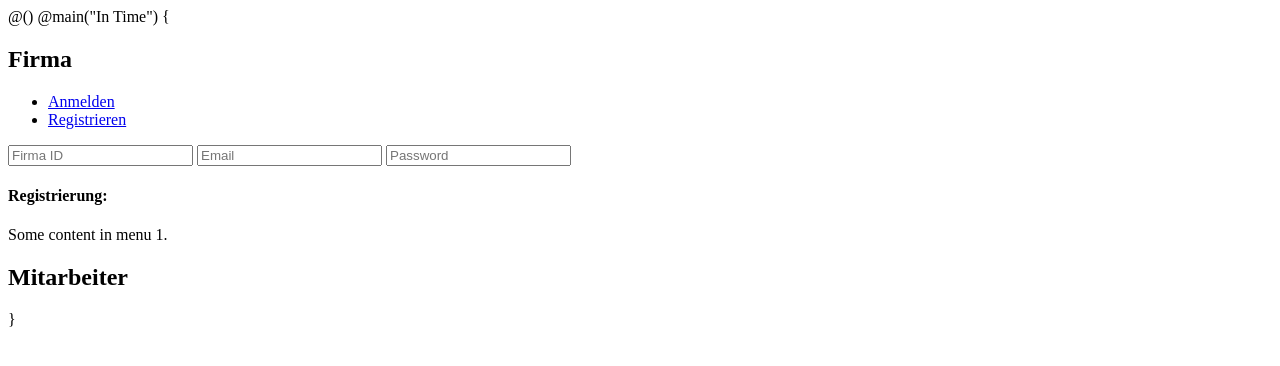
Repository: Avinukas/InTime
Page: intime/app/views/index.scala.html
The author's editor kept a copy of each file at every save. The page is drawn from the files as they stood at one save, then again after the next save.
The browser window is 1280 px wide. The pictures show the whole page.

Above is the page before, as saved 2018-05-17 08:17:14.

After the next save:
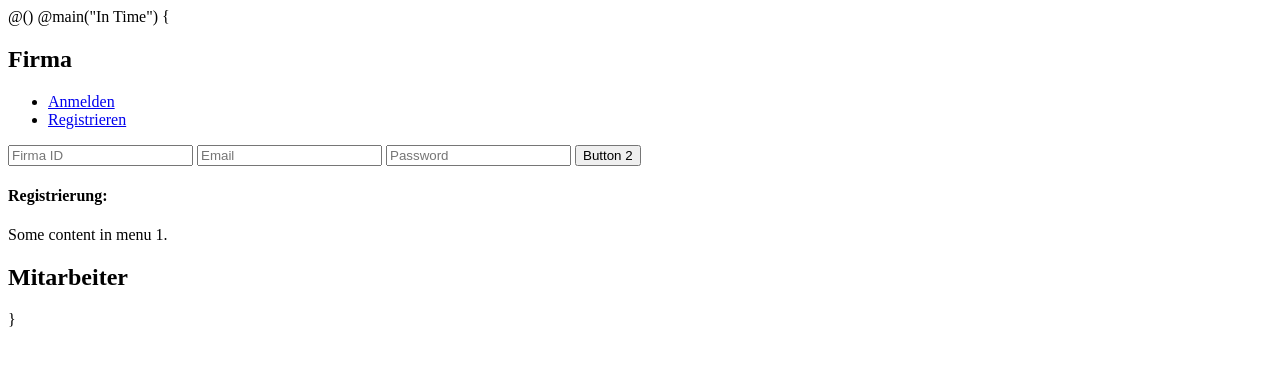
Saved 45 min 56 s later.
--- a/intime/app/views/index.scala.html
+++ b/intime/app/views/index.scala.html
@@ -11,13 +11,13 @@
 			<div id="firmaAnmelden" class="tab-pane fade in active">
 				<form>
 					<div class="input-group">
-					<input id="firmaId"
-							type="text" class="form-control" name="FirmaId" placeholder="Firma ID">
-						<input id="email"
+						<input id="firmaId" type="text" class="form-control"
+							name="FirmaId" placeholder="Firma ID"> <input id="email"
 							type="text" class="form-control" name="email" placeholder="Email">
-							<input id="password"
-							type="password" class="form-control" name="password"
-							placeholder="Password">
+						<input id="password" type="password" class="form-control"
+							name="password" placeholder="Password">
+						<button type="button" class="btn btn-default btn-block">Button
+							2</button>
 					</div>
 				</form>
 			</div>
